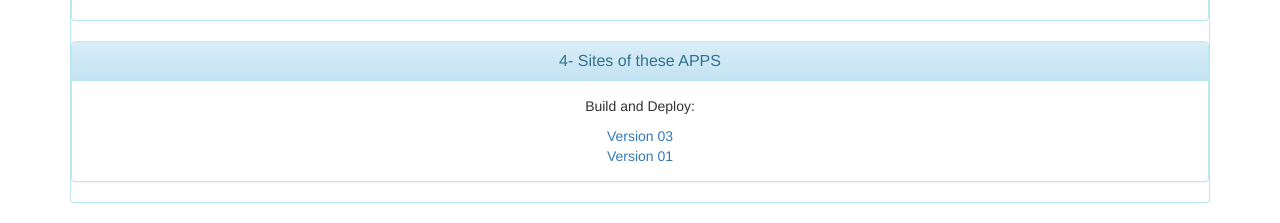
Repository: atafs/Deploy_GoogleAppEngine_webAPPS
Page: Project_002_Deploy_americotomasLIB/war/index.html
An editor plug-in stored every save of this project. The page is shown before and after the next save, followed by the edit.
The browser window is 1280 px wide. The pictures show the part of the page from y = 2322 to 2934 px (the page is 2545 px tall before and 2934 px after).

Above is the page before, as saved 2016-02-04 17:08:18.
Console error (its wording comes from the project's code and is left out).

After the next save:
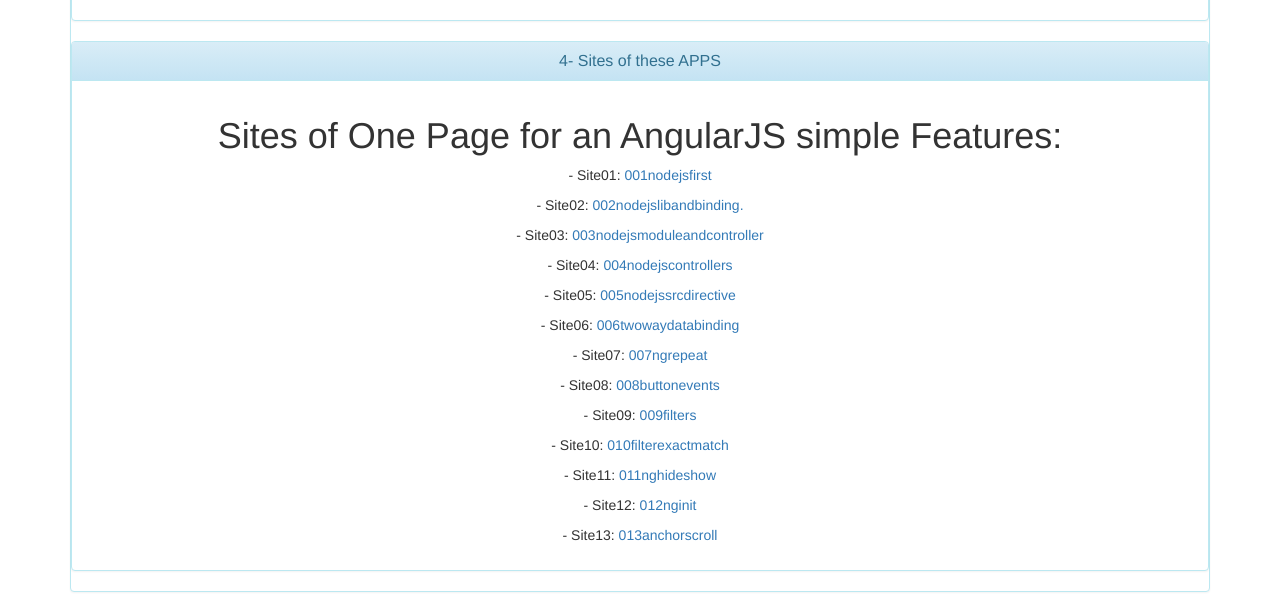
Saved 114 s later.
--- a/Project_002_Deploy_americotomasLIB/war/index.html
+++ b/Project_002_Deploy_americotomasLIB/war/index.html
@@ -106,11 +106,22 @@
 					<h3 class="panel-title">4- Sites of these APPS</h3>
 				</div>
 				<div class="panel-body">
-					<div>
-						<p>Build and Deploy:</p>
-						<a href="https://3-dot-project001deploybootstrapsite.appspot.com/">Version 03</a> <br/>
-						<a href="https://1-dot-project001deploybootstrapsite.appspot.com/">Version 01</a> <br/>
-					</div>
+					 <div>
+				        <h1>Sites of One Page for an AngularJS simple Features:</h1>
+				        <p> - Site01: <a href="http://americotomaslib001nodejsfirst.azurewebsites.net/">001nodejsfirst</a></p>
+				        <p> - Site02: <a href="http://americotomaslib002nodejslibandbinding.azurewebsites.net/">002nodejslibandbinding.</a></p>
+				        <p> - Site03: <a href="http://americotomaslib003nodejsmoduleandcontroller.azurewebsites.net/">003nodejsmoduleandcontroller</a></p>
+				        <p> - Site04: <a href="http://americotomaslib004nodejscontrollers.azurewebsites.net/">004nodejscontrollers</a></p>
+				        <p> - Site05: <a href="http://americotomaslib005nodejssrcdirective.azurewebsites.net/">005nodejssrcdirective</a></p>
+				        <p> - Site06: <a href="http://americotomaslib006twowaydatabinding.azurewebsites.net/">006twowaydatabinding</a></p>
+				        <p> - Site07: <a href="http://americotomaslib007ngrepeat.azurewebsites.net/">007ngrepeat</a></p>
+				        <p> - Site08: <a href="http://americotomaslib008buttonevents.azurewebsites.net/">008buttonevents</a></p>
+				        <p> - Site09: <a href="http://americotomaslib009filters.azurewebsites.net/">009filters</a></p>
+				        <p> - Site10: <a href="http://americotomaslib010filterexactmatch.azurewebsites.net/">010filterexactmatch</a></p>
+				        <p> - Site11: <a href="http://americotomaslib011nghideshow.azurewebsites.net/">011nghideshow</a></p>
+				        <p> - Site12: <a href="http://americotomaslib012nginit.azurewebsites.net/">012nginit</a></p>
+				        <p> - Site13: <a href="http://americotomaslib013anchorscroll.azurewebsites.net/">013anchorscroll</a></p>
+    				</div>
 				</div>
 			</div>
 		</div>
